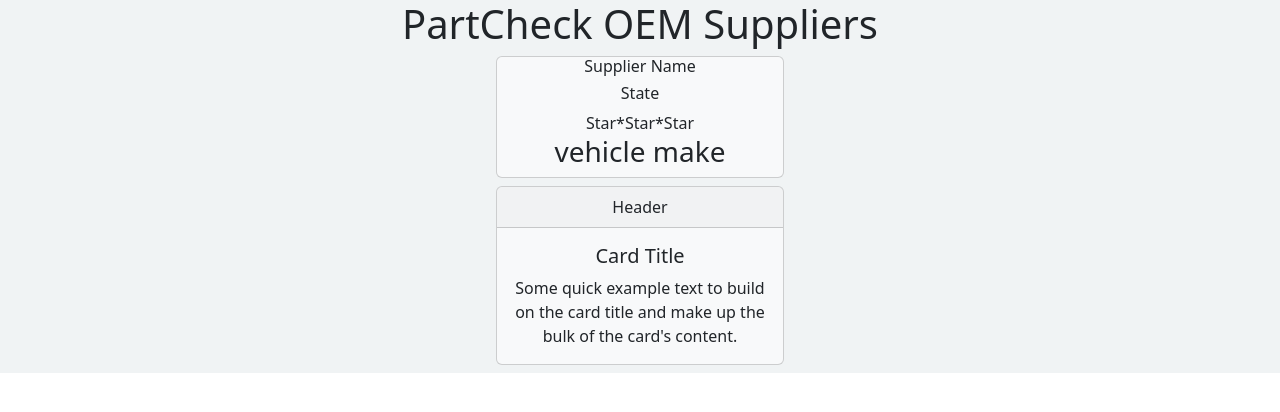
Repository: trungna4699/coding_challenge
Page: /
These files come from the project's save history. The page is drawn as it stood at one moment and after the next save; the edit follows.
The browser window is 1280 px wide. The pictures show the whole page.
The project was rebuilt for these pictures with package versions that can differ from the ones it lists, and the page was loaded fresh each time.

Above is the page before, as saved 2022-09-01 16:25:04.

After the next save:
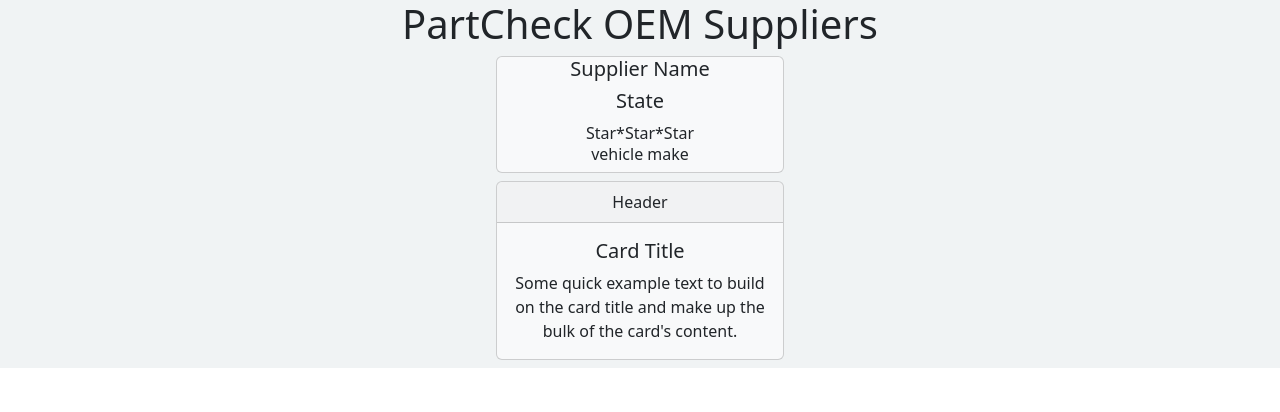
Saved 13 s later.
--- a/src/App.js
+++ b/src/App.js
@@ -19,13 +19,13 @@ function App() {
           className="mb-2"
         >
           <div classname="supplierItems">
-            <h6>Supplier Name</h6>
-            <h6>State</h6>
+            <h5>Supplier Name</h5>
+            <h5>State</h5>
             <div className="ratingStar">
               Star*Star*Star
             </div>
             <div className="vehicleList">
-              <h3>vehicle make</h3>
+              <h6>vehicle make</h6>
             </div>
           </div>
         </Card>
